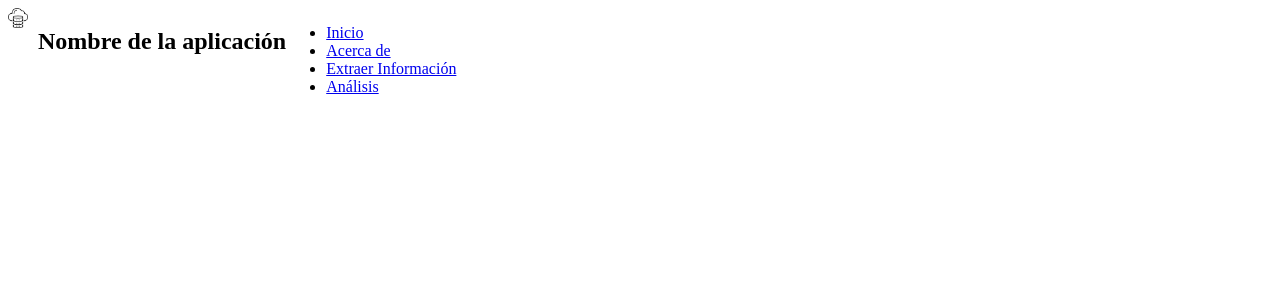
Repository: marcoBartolo55/data_analysis_app_-dev_project
Page: http://localhost/
These files come from the project's save history. The page is drawn as it stood at one moment and after the next save; the edit follows.
The browser window is 1280 px wide. The pictures show the whole page.
The page is served by the project's application, run on Flask 3 (app/app.py).

Above is the page before, as saved 2025-10-19 22:30:17.

After the next save:
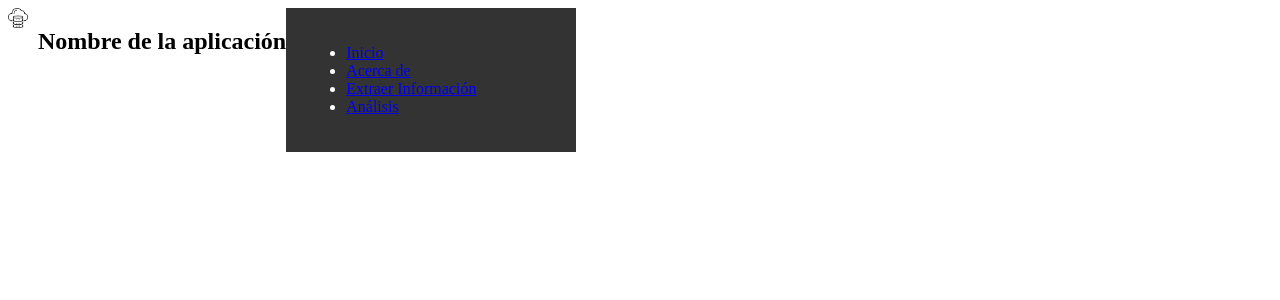
Saved 36 s later.
--- a/static/styles/index.css
+++ b/static/styles/index.css
@@ -3,8 +3,15 @@
 }
 
 .side-bar{
-    display: grid;
-    grid-template-columns: 1fr;
+    /* Define un ancho fijo para la barra */
+    width: 250px;
+
+    /* Evita que la barra se encoja si el contenido es muy grande */
+    flex-shrink: 0;
+
+    background-color: #333;
+    color: white;
+    padding: 20px;
 }
 
 .main-content{
